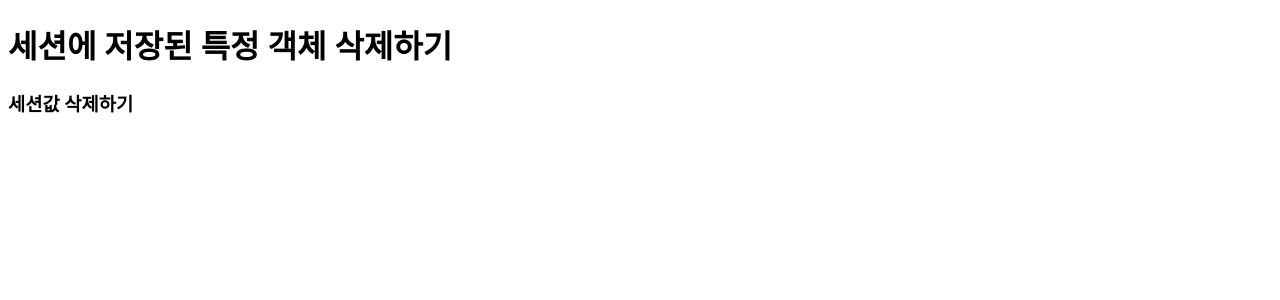
Repository: angwanghyeon/eclipse
Page: http://localhost/sec05/07_removeAttribute.jsp
The author's editor kept a copy of each file at every save. The page is drawn from the files as they stood at one save, then again after the next save.
The browser window is 1280 px wide. The pictures show the whole page.
The page is served by Tomcat 9.

Above is the page before, as saved 2023-08-31 08:26:33.

### sec05/src/main/webapp/07_removeAttribute.jsp
<%@page import="java.util.Enumeration"%>
<%@ page language="java" contentType="text/html; charset=UTF-8"
    pageEncoding="UTF-8"%>
<!DOCTYPE html>
<html>
<head>
<meta charset="UTF-8">
<title>세션에 저장된 특정 객체 삭제</title>
</head>
<body>
<h1>세션에 저장된 특정 객체 삭제하기</h1>
<%
session.setAttribute("s_name1", "세션에 저장된 첫번째 값이다.");
session.setAttribute("s_name2", "세션에 저장된 두번째 값이다.");
session.setAttribute("s_name3", "세션에 저장된 세번째 값이다.");
session.setAttribute("s_name4", "세션에 저장된 네번째 값이다.");
%>
<h3>세션값 삭제하기</h3>
<%
Enumeration names = session.getAttributeNames();
while(names.hasMoreElements()){
	String name = names.nextElement().toString();
	String value = session.getAttribute(name).toString();
}
%>
</body>
</html>

After the next save:
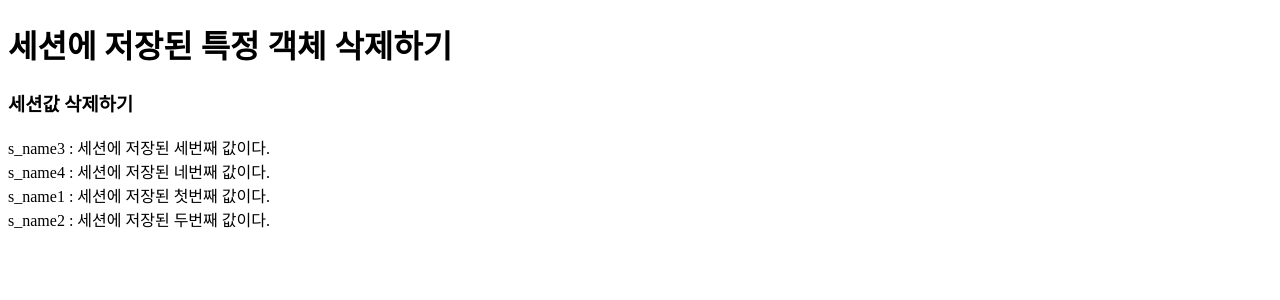
Saved 26 s later.
--- a/sec05/src/main/webapp/07_removeAttribute.jsp
+++ b/sec05/src/main/webapp/07_removeAttribute.jsp
@@ -21,6 +21,7 @@ Enumeration names = session.getAttributeNames();
 while(names.hasMoreElements()){
 	String name = names.nextElement().toString();
 	String value = session.getAttribute(name).toString();
+	out.println(name+" : "+value+"<br>");
 }
 %>
 </body>
